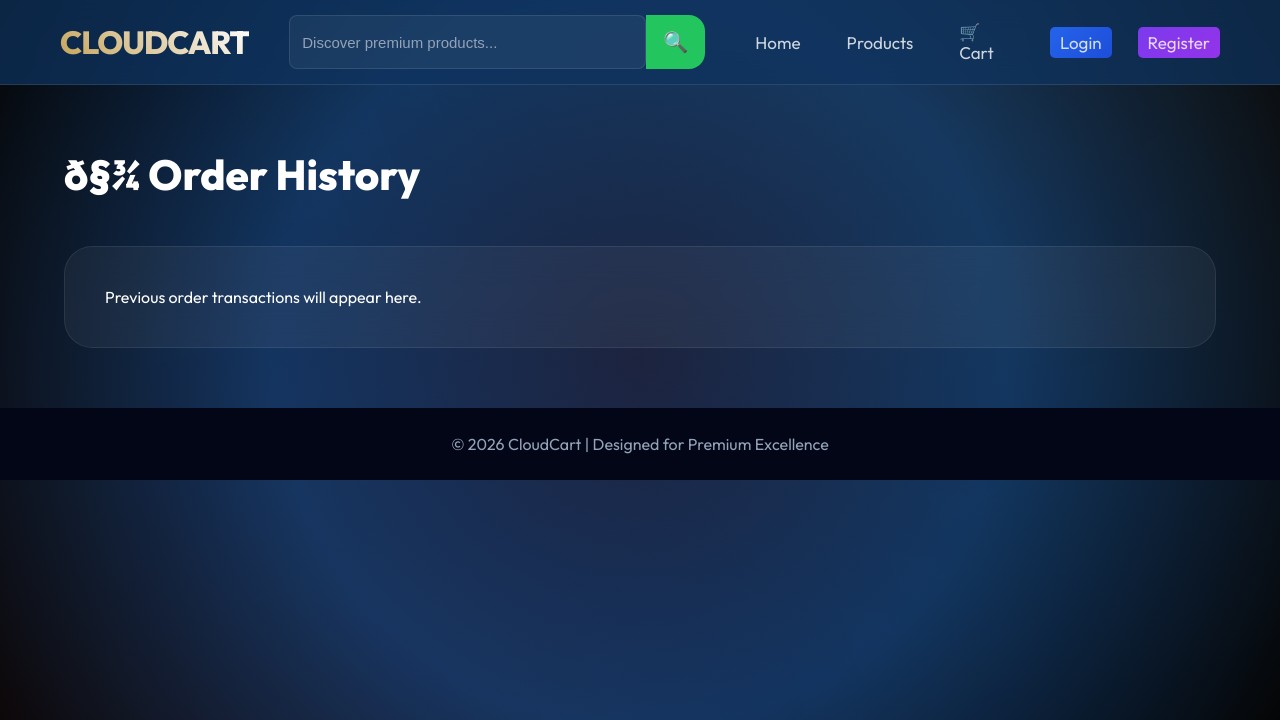
Repository: pradeepkumarh-17/Ecommerce
Page: http://localhost/EcomStore/order-history
An editor plug-in stored every save of this project. The page is shown before and after the next save, followed by the edit.
The browser window is 1280 px wide. The pictures show the whole page.
Some web libraries are served in a nearby version. The page is served by Tomcat 10. Other server files are loaded and not shown.

Above is the page before, as saved 2026-05-08 15:24:40.

### EcomStore/src/main/webapp/views/user/order-history.jsp
<%@ include file="../partials/header.jsp" %>

<link rel="stylesheet"
href="<%= request.getContextPath() %>/assets/css/account.css">

<div class="account-page">

    <h1>🧾 Order History</h1>

    <div class="account-card">

        <p>
            Previous order transactions
            will appear here.
        </p>

    </div>

</div>

<%@ include file="../partials/footer.jsp" %>

### EcomStore/src/main/webapp/views/partials/header.jsp
<%@ page contentType="text/html; charset=UTF-8" %>

<%
    // =========================================
    // GET CART FROM SESSION
    // =========================================

    java.util.Map<Integer, Integer> cart =
        (java.util.Map<Integer, Integer>)
        session.getAttribute("cart");

    int cartCount = 0;

    if (cart != null) {

        for (int qty : cart.values()) {

            cartCount += qty;
        }
    }

    // =========================================
    // USER SESSION
    // =========================================

    Object loggedUser =
            session.getAttribute("user");

    String userName =
            (String) session.getAttribute("userName");
%>

<!DOCTYPE html>

<html lang="en">

<head>

    <meta charset="UTF-8">

    <meta name="viewport"
          content="width=device-width, initial-scale=1.0">

    <title>

        CloudCart | Premium Ecommerce

    </title>

    <!-- GOOGLE FONT -->

    <link rel="preconnect"
          href="https://fonts.googleapis.com">

    <link rel="preconnect"
          href="https://fonts.gstatic.com"
          crossorigin>

    <link href="https://fonts.googleapis.com/css2?family=Outfit:wght@300;400;600;800&display=swap"
          rel="stylesheet">

    <!-- CSS -->

    <link rel="stylesheet"
          href="<%= request.getContextPath() %>/assets/css/style.css">

    <link rel="stylesheet"
          href="<%= request.getContextPath() %>/assets/css/modern-ui.css">

    <!-- GSAP -->

    <script src="https://cdnjs.cloudflare.com/ajax/libs/gsap/3.12.2/gsap.min.js"></script>

    <script src="https://cdnjs.cloudflare.com/ajax/libs/gsap/3.12.2/ScrollTrigger.min.js"></script>

    <!-- HEADER STYLES -->

    <style>

        .cart-link {

            position: relative;

            display: inline-block;
        }

        .cart-badge {

            position: absolute;

            top: -6px;
            right: -10px;

            background: #ef4444;

            color: white;

            font-size: 10px;

            font-weight: bold;

            padding: 2px 6px;

            border-radius: 50%;

            min-width: 16px;

            text-align: center;
        }

        /* AUTH BUTTONS */

        .login-btn,
        .register-btn {

            padding: 10px 18px;

            border-radius: 12px;

            text-decoration: none;

            font-weight: 600;

            transition: 0.3s ease;
        }

        .login-btn {

            background:
                linear-gradient(
                    135deg,
                    #2563eb,
                    #1d4ed8
                );

            color: #ffffff !important;
        }

        .login-btn:hover {

            transform: translateY(-2px);

            box-shadow:
                0 10px 20px rgba(37,99,235,0.35);
        }

        .register-btn {

            background:
                linear-gradient(
                    135deg,
                    #7c3aed,
                    #9333ea
                );

            color: #ffffff !important;
        }

        .register-btn:hover {

            transform: translateY(-2px);

            box-shadow:
                0 10px 20px rgba(124,58,237,0.35);
        }

        /* USER */

        .user-pill {

            padding: 10px 16px;

            border-radius: 14px;

            background:
                rgba(255,255,255,0.08);

            color: #ffffff;

            font-weight: 600;
        }

    </style>

</head>

<body>

<header class="header">

    <!-- LOGO -->

    <div class="logo">

        CLOUD<span>CART</span>

    </div>

    <!-- SEARCH -->

    <div class="search-bar">

        <form action="<%= request.getContextPath() %>/product"
              method="GET">

            <input type="text"
                   name="search"

                   placeholder="Discover premium products...">

            <button type="submit">

                🔍

            </button>

        </form>

    </div>

    <!-- NAVIGATION -->

    <nav class="nav-links">

        <!-- HOME -->

        <a href="<%= request.getContextPath() %>/views/user/home.jsp">

            Home

        </a>

        <!-- PRODUCTS -->

        <a href="<%= request.getContextPath() %>/product">

            Products

        </a>

        <!-- CART -->

        <a href="<%= request.getContextPath() %>/cart"
           class="cart-link">

            🛒 Cart

            <% if(cartCount > 0){ %>

                <span class="cart-badge">

                    <%= cartCount %>

                </span>

            <% } %>

        </a>

        <!-- AUTH -->

        <% if(loggedUser == null){ %>

            <!-- LOGIN -->

            <a href="<%= request.getContextPath() %>/auth?action=login"
               class="login-btn">

                Login

            </a>

            <!-- REGISTER -->

            <a href="<%= request.getContextPath() %>/auth?action=register"
               class="register-btn">

                Register

            </a>

        <% } else { %>

            <!-- USER -->

       <!-- MINI USER ICON -->

<div class="user-menu">

    <!-- AVATAR -->

    <div class="nav-avatar">

        <%= userName.substring(0,1).toUpperCase() %>

    </div>

    <!-- DROPDOWN -->

    <div class="user-dropdown">

        <!-- USER INFO -->

        <div class="dropdown-user">

            <h4>

                <%= userName %>

            </h4>

            <p>

                Premium Account

            </p>

        </div>

        <!-- MENU OPTIONS -->

        <a href="<%= request.getContextPath() %>/wishlist">

            ❤️ Wishlist

        </a>

        <a href="<%= request.getContextPath() %>/orders">

            📦 My Orders

        </a>

        <a href="<%= request.getContextPath() %>/order-history">

            🧾 Order History

        </a>

        <a href="<%= request.getContextPath() %>/cart">

            🛒 My Cart

        </a>

        <a href="<%= request.getContextPath() %>/profile">

            👤 User Profile

        </a>

        <a href="<%= request.getContextPath() %>/settings">

            ⚙️ Account Settings

        </a>

        <a href="<%= request.getContextPath() %>/wishlist-page">

            💖 Wishlist Page

        </a>

        <a href="<%= request.getContextPath() %>/logout"
           class="logout-link">

            🚪 Logout

        </a>

    </div>

</div>

        <% } %>

    </nav>

</header>

### EcomStore/src/main/webapp/views/partials/footer.jsp
<footer class="footer">
    <div class="footer-content">
        <p>&copy; 2026 CloudCart | Designed for Premium Excellence</p>
    </div>
</footer>

<!-- Modern UI Logic -->
<script src="<%= request.getContextPath() %>/assets/js/modern-ui.js"></script>

</body>
</html>

### EcomStore/src/main/java/com/ecommerce/controller/OrderHistoryController.java
package com.ecommerce.controller;

import jakarta.servlet.*;
import jakarta.servlet.http.*;
import jakarta.servlet.annotation.WebServlet;

import java.io.IOException;

@WebServlet("/order-history")
public class OrderHistoryController extends HttpServlet {

    @Override
    protected void doGet(
            HttpServletRequest req,
            HttpServletResponse res)

            throws ServletException, IOException {

        RequestDispatcher rd =
                req.getRequestDispatcher(
                        "/views/user/order-history.jsp"
                );

        rd.forward(req, res);
    }
}

### EcomStore/src/main/webapp/assets/css/style.css
/* =========================================
   GLOBAL
========================================= */

*{
    margin:0;
    padding:0;
    box-sizing:border-box;
}

body{

    font-family:'Outfit',sans-serif;

    background:
        radial-gradient(circle at top left,#163c78 0%,transparent 25%),
        radial-gradient(circle at bottom right,#1e3a8a 0%,transparent 25%),
        linear-gradient(135deg,#020617,#0f172a,#111827);

    color:#ffffff;

    overflow-x:hidden;
}

/* =========================================
   HEADER
========================================= */

.header{

    width:100%;

    display:flex;

    align-items:center;

    justify-content:space-between;

    padding:18px 50px;

    background:#0f2d5c;

    border-bottom:
        1px solid rgba(255,255,255,0.08);

    position:sticky;

    top:0;

    z-index:1000;
}

/* LOGO */

.logo{

    font-size:42px;

    font-weight:800;

    letter-spacing:1px;

    color:#f5d487;
}

.logo span{

    color:#ffffff;
}

/* =========================================
   SEARCH BAR
========================================= */

.search-bar{

    width:420px;

    margin:0 40px;
}

.search-bar form{

    display:flex;

    align-items:center;
}

.search-bar input{

    width:100%;

    height:54px;

    padding:0 20px;

    border:none;

    outline:none;

    border-radius:16px 0 0 16px;

    background:
        rgba(255,255,255,0.08);

    color:#ffffff;

    font-size:15px;
}

.search-bar input::placeholder{

    color:#94a3b8;
}

.search-bar button{

    width:70px;

    height:54px;

    border:none;

    border-radius:0 16px 16px 0;

    background:#22c55e;

    color:#ffffff;

    font-size:20px;

    cursor:pointer;

    transition:0.3s ease;
}

.search-bar button:hover{

    background:#16a34a;
}

/* =========================================
   NAVBAR
========================================= */

.nav-links{

    display:flex;

    align-items:center;

    gap:26px;

    margin-left:auto;

    flex-wrap:nowrap;
}

.nav-links a{

    text-decoration:none;

    color:#ffffff;

    font-size:17px;

    font-weight:500;

    transition:0.3s ease;
}

.nav-links a:hover{

    color:#f5d487;
}

/* =========================================
   CART
========================================= */

.cart-link{

    position:relative;
}

.cart-badge{

    position:absolute;

    top:-8px;
    right:-12px;

    background:#ef4444;

    color:#ffffff;

    width:20px;
    height:20px;

    border-radius:50%;

    display:flex;

    align-items:center;

    justify-content:center;

    font-size:11px;

    font-weight:700;
}

/* =========================================
   USER AVATAR
========================================= */

.user-menu{

    position:relative;
}

.nav-avatar{

    width:38px;
    height:38px;

    border-radius:50%;

    background:
        linear-gradient(
            135deg,
            #2563eb,
            #7c3aed
        );

    display:flex;

    align-items:center;

    justify-content:center;

    color:#ffffff;

    font-size:14px;

    font-weight:700;

    cursor:pointer;

    transition:0.3s ease;
}

.nav-avatar:hover{

    transform:scale(1.08);

    box-shadow:
        0 0 18px rgba(59,130,246,0.45);
}

/* =========================================
   USER DROPDOWN
========================================= */

.user-dropdown{

    position:absolute;

    top:52px;

    right:0;

    width:220px;

    background:
        rgba(15,23,42,0.98);

    border:
        1px solid rgba(255,255,255,0.08);

    border-radius:18px;

    backdrop-filter:blur(20px);

    padding:12px;

    display:none;

    flex-direction:column;

    gap:6px;

    z-index:999;
}

.user-menu:hover .user-dropdown{

    display:flex;
}

/* USER INFO */

.dropdown-user{

    padding:10px;

    border-bottom:
        1px solid rgba(255,255,255,0.08);

    margin-bottom:8px;
}

.dropdown-user h4{

    font-size:15px;

    color:#ffffff;
}

.dropdown-user p{

    color:#94a3b8;

    font-size:12px;
}

/* DROPDOWN LINKS */

.user-dropdown a{

    padding:12px;

    border-radius:12px;

    text-decoration:none;

    color:#ffffff;

    font-size:14px;

    transition:0.3s ease;
}

.user-dropdown a:hover{

    background:
        rgba(255,255,255,0.08);

    transform:translateX(4px);
}

.logout-link{

    color:#f87171 !important;
}

/* =========================================
   HERO SECTION
========================================= */

.hero{

    height:620px;

    margin:26px;

    border-radius:36px;

    overflow:hidden;

    position:relative;

    background:
        linear-gradient(rgba(0,0,0,0.55),
        rgba(0,0,0,0.55)),
        url("/EcomStore/assets/images/download(3).jpeg");

    background-size:cover;

    background-position:center;

    display:flex;

    align-items:center;

    justify-content:center;

    text-align:center;
}

/* HERO CONTENT */

.hero-content{

    z-index:2;
}

.hero h1{

    font-size:88px;

    font-weight:800;

    margin-bottom:20px;

    line-height:1.1;
}

.hero p{

    font-size:34px;

    margin-bottom:34px;

    color:#fb923c;
}

/* BUTTON */

.btn{

    display:inline-block;

    padding:18px 42px;

    border-radius:22px;

    background:#d4af37;

    color:#000000;

    text-decoration:none;

    font-weight:700;

    font-size:22px;

    transition:0.3s ease;
}

.btn:hover{

    transform:translateY(-3px);

    background:#f5d487;
}

/* =========================================
   PRODUCTS
========================================= */

.products{

    padding:60px 50px;
}

.section-title{

    font-size:42px;

    margin-bottom:40px;

    font-weight:800;
}

.product-grid{

    display:grid;

    grid-template-columns:
        repeat(auto-fit,minmax(260px,1fr));

    gap:30px;
}

/* CARD */

.product-card{

    background:
        rgba(255,255,255,0.05);

    border:
        1px solid rgba(255,255,255,0.08);

    border-radius:28px;

    overflow:hidden;

    transition:0.35s ease;

    backdrop-filter:blur(16px);
}

.product-card:hover{

    transform:
        translateY(-10px);

    box-shadow:
        0 20px 40px rgba(0,0,0,0.35);
}

/* IMAGE */

.product-card img{

    width:100%;

    height:280px;

    object-fit:cover;
}

/* INFO */

.product-info{

    padding:22px;
}

.product-info h3{

    font-size:22px;

    margin-bottom:12px;
}

.price{

    color:#22c55e;

    font-size:24px;

    font-weight:700;

    margin-bottom:18px;
}

/* BUTTON */

.cart-btn{

    width:100%;

    height:52px;

    border:none;

    border-radius:16px;

    background:
        linear-gradient(
            135deg,
            #2563eb,
            #7c3aed
        );

    color:#ffffff;

    font-size:15px;

    font-weight:700;

    cursor:pointer;

    transition:0.3s ease;
}

.cart-btn:hover{

    transform:translateY(-2px);
}

/* =========================================
   FOOTER
========================================= */

.footer{

    padding:26px;

    text-align:center;

    background:#020617;

    color:#94a3b8;

    margin-top:60px;
}

/* =========================================
   RESPONSIVE
========================================= */

@media(max-width:992px){

    .header{

        flex-direction:column;

        gap:20px;
    }

    .search-bar{

        width:100%;

        margin:0;
    }

    .hero h1{

        font-size:54px;
    }

    .hero p{

        font-size:24px;
    }
}

@media(max-width:768px){

    .nav-links{

        gap:18px;

        flex-wrap:wrap;

        justify-content:center;
    }

    .hero{

        height:500px;
    }

    .hero h1{

        font-size:42px;
    }

    .hero p{

        font-size:20px;
    }
}

### EcomStore/src/main/webapp/assets/css/modern-ui.css
:root {
    --primary: #c5a358; /* Gold accent */
    --secondary: #1a1a2e; /* Deep dark blue */
    --accent: #e94560; /* Vibrant pink/red */
    --bg-dark: #0f3460;
    --glass: rgba(255, 255, 255, 0.05);
    --glass-border: rgba(255, 255, 255, 0.1);
    --glass-text: rgba(255, 255, 255, 0.8);
    --shadow-3d: 0 20px 40px rgba(0,0,0,0.4), 0 10px 10px rgba(0,0,0,0.2);
    --transition-fast: 0.3s cubic-bezier(0.4, 0, 0.2, 1);
    --transition-slow: 0.6s cubic-bezier(0.4, 0, 0.2, 1);
}

@import url('https://fonts.googleapis.com/css2?family=Outfit:wght@300;400;600;800&display=swap');

body {
    margin: 0;
    font-family: 'Outfit', sans-serif;
    background: #050505;
    color: #fff;
    overflow-x: hidden;
    scroll-behavior: smooth;
}

/* Animated Gradient Background */
.bg-animation {
    position: fixed;
    top: 0;
    left: 0;
    width: 100%;
    height: 100%;
    background: radial-gradient(circle at 50% 50%, #16213e 0%, #0f3460 50%, #050505 100%);
    z-index: -1;
    overflow: hidden;
}

.bg-animation::after {
    content: '';
    position: absolute;
    top: -50%;
    left: -50%;
    width: 200%;
    height: 200%;
    background: radial-gradient(circle at 30% 30%, rgba(197, 163, 88, 0.05) 0%, transparent 40%),
                radial-gradient(circle at 70% 70%, rgba(233, 69, 96, 0.05) 0%, transparent 40%);
    animation: rotateBG 20s linear infinite;
}

@keyframes rotateBG {
    0% { transform: rotate(0deg); }
    100% { transform: rotate(360deg); }
}

/* 3D Perspective Container */
.container-3d {
    perspective: 1000px;
}

/* Glassmorphism Header */
.header {
    background: rgba(15, 52, 96, 0.7) !important;
    backdrop-filter: blur(15px);
    border-bottom: 1px solid var(--glass-border);
    position: sticky;
    top: 0;
    z-index: 1000;
    padding: 15px 60px !important;
    transition: var(--transition-fast);
}

.header.scrolled {
    padding: 10px 60px !important;
    background: rgba(15, 52, 96, 0.9) !important;
}

.logo {
    font-size: 32px !important;
    background: linear-gradient(45deg, var(--primary), #fff);
    -webkit-background-clip: text;
    background-clip: text;
    -webkit-text-fill-color: transparent;
    font-weight: 800 !important;
    letter-spacing: -1px;
}

.nav-links a {
    color: var(--glass-text) !important;
    position: relative;
    font-weight: 400 !important;
    padding: 5px 10px;
    border-radius: 5px;
    transition: var(--transition-fast);
}

.nav-links a::after {
    content: '';
    position: absolute;
    bottom: 0;
    left: 50%;
    width: 0;
    height: 2px;
    background: var(--primary);
    transition: var(--transition-fast);
    transform: translateX(-50%);
}

.nav-links a:hover {
    color: #fff !important;
}

.nav-links a:hover::after {
    width: 80%;
}

/* 3D Glass Product Card */
.product-card {
    background: var(--glass) !important;
    backdrop-filter: blur(10px);
    border: 1px solid var(--glass-border) !important;
    border-radius: 20px !important;
    padding: 20px !important;
    transform-style: preserve-3d;
    transition: transform 0.5s cubic-bezier(0.23, 1, 0.32, 1), box-shadow 0.5s ease !important;
    position: relative;
}

.product-card:hover {
    transform: translateY(-10px) rotateX(5deg) rotateY(-5deg) !important;
    box-shadow: 0 30px 60px rgba(0,0,0,0.6) !important;
    border-color: var(--primary) !important;
}

.product-card img {
    border-radius: 15px !important;
    transform: translateZ(20px);
    transition: var(--transition-fast);
    box-shadow: 0 10px 20px rgba(0,0,0,0.3);
}

.product-card h3 {
    color: #fff !important;
    transform: translateZ(30px);
    margin: 15px 0 5px 0 !important;
}

.product-card .price {
    color: var(--primary) !important;
    transform: translateZ(25px);
    font-size: 20px !important;
}

.cart-btn {
    background: linear-gradient(45deg, var(--primary), #b08d42) !important;
    border: none !important;
    border-radius: 30px !important;
    color: #000 !important;
    font-weight: 700 !important;
    padding: 12px !important;
    margin-top: 15px !important;
    transform: translateZ(40px);
    transition: var(--transition-fast) !important;
    cursor: pointer;
}

.cart-btn:hover {
    background: #fff !important;
    transform: translateZ(50px) scale(1.05) !important;
    box-shadow: 0 0 20px var(--primary);
}

/* Hero Section Enhancement */
.hero {
    height: 450px !important;
    border-radius: 30px !important;
    position: relative;
    overflow: hidden;
    background: none !important;
    border: 1px solid var(--glass-border);
}

.hero::before {
    content: '';
    position: absolute;
    top: 0;
    left: 0;
    width: 100%;
    height: 100%;
    background: linear-gradient(rgba(0,0,0,0.2), rgba(0,0,0,0.8)), url('https://images.unsplash.com/photo-1441986300917-64674bd600d8?ixlib=rb-1.2.1&auto=format&fit=crop&w=1350&q=80');
    background-size: cover;
    background-position: center;
    z-index: -1;
    transition: transform 5s ease;
}

.hero:hover::before {
    transform: scale(1.1);
}

.hero h1 {
    font-size: 64px !important;
    color: #fff !important;
    text-shadow: 0 10px 20px rgba(0,0,0,0.5);
    margin-bottom: 20px !important;
}

.hero .btn {
    background: var(--primary) !important;
    color: #000 !important;
    padding: 15px 40px !important;
    border-radius: 50px !important;
    font-size: 18px !important;
    box-shadow: 0 10px 20px rgba(197, 163, 88, 0.3);
}

/* Category Cards */
.category-card {
    background: var(--glass) !important;
    border: 1px solid var(--glass-border) !important;
    color: #fff !important;
    border-radius: 15px !important;
    padding: 20px 40px !important;
    transition: var(--transition-fast) !important;
}

.category-card:hover {
    background: var(--primary) !important;
    color: #000 !important;
    transform: scale(1.1) rotate(2deg) !important;
}

/* Forms */
input, select, textarea {
    background: rgba(255,255,255,0.05) !important;
    border: 1px solid var(--glass-border) !important;
    color: #fff !important;
    border-radius: 8px !important;
    padding: 12px !important;
    transition: var(--transition-fast);
}

input:focus {
    border-color: var(--primary) !important;
    background: rgba(255,255,255,0.1) !important;
    box-shadow: 0 0 15px rgba(197, 163, 88, 0.2);
    outline: none;
}

/* Premium Scrollbar */
::-webkit-scrollbar {
    width: 8px;
}

::-webkit-scrollbar-track {
    background: #050505;
}

::-webkit-scrollbar-thumb {
    background: var(--primary);
    border-radius: 10px;
}

::-webkit-scrollbar-thumb:hover {
    background: #fff;
}

### EcomStore/src/main/webapp/assets/css/account.css
@charset "UTF-8";
.account-page{

    width:90%;

    max-width:1200px;

    margin:60px auto;

    color:#ffffff;
}

.account-page h1{

    font-size:42px;

    margin-bottom:30px;
}

.account-card{

    background:
        rgba(255,255,255,0.05);

    border:
        1px solid rgba(255,255,255,0.08);

    border-radius:28px;

    padding:40px;

    backdrop-filter:blur(18px);
}

.profile-item{

    display:flex;

    justify-content:space-between;

    padding:18px 0;

    border-bottom:
        1px solid rgba(255,255,255,0.08);
}

.profile-item strong{

    color:#93c5fd;
}

Loaded but not shown: EcomStore/src/main/webapp/assets/js/modern-ui.js (103 lines, source omitted)

After the next save:
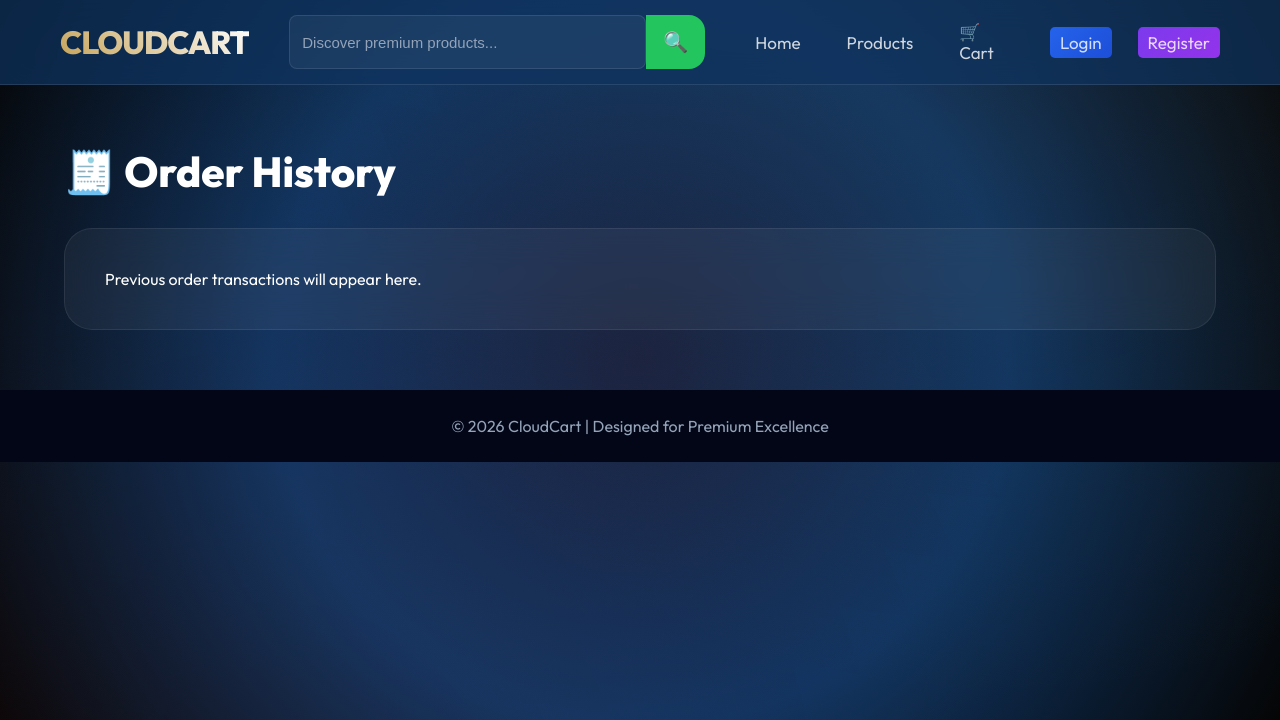
Saved 103 min 58 s later.
--- a/EcomStore/src/main/webapp/views/user/order-history.jsp
+++ b/EcomStore/src/main/webapp/views/user/order-history.jsp
@@ -5,7 +5,7 @@ href="<%= request.getContextPath() %>/assets/css/account.css">
 
 <div class="account-page">
 
-    <h1>🧾 Order History</h1>
+    <h1>&#129534; Order History</h1>
 
     <div class="account-card">
 
